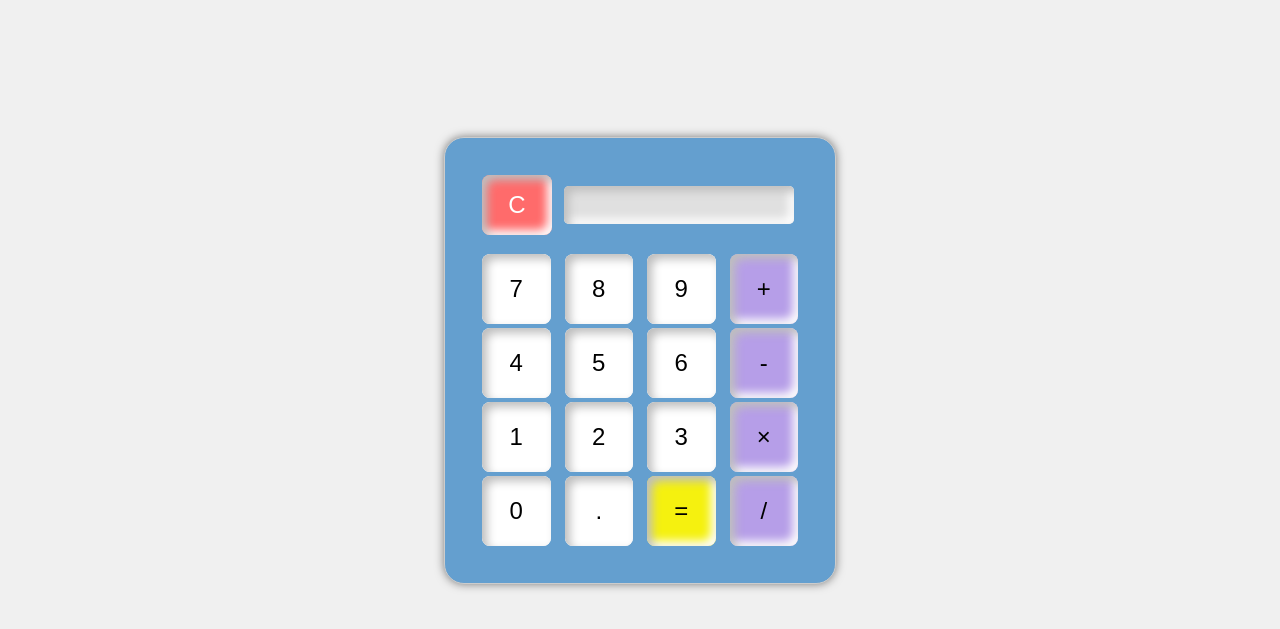
Repository: Burnmyheart/calculator
Page: index.html
The author's editor kept a copy of each file at every save. The page is drawn from the files as they stood at one save, then again after the next save.
The browser window is 1280 px wide. The pictures show the whole page.

Above is the page before, as saved 2025-04-29 00:13:19.

After the next save:
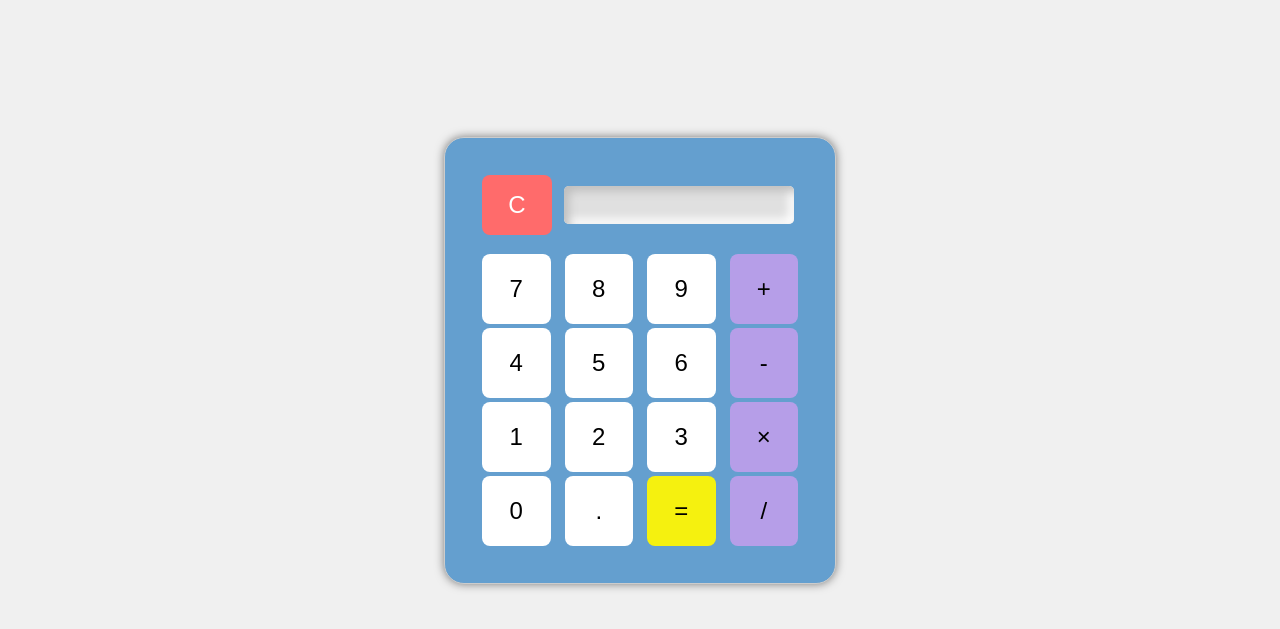
Saved 12 s later.
--- a/style.css
+++ b/style.css
@@ -56,7 +56,6 @@ button {
   font-size: 24px;
   cursor: pointer;
   transition: all 0.2s ease;
-  box-shadow: inset 5px 5px 10px #bebebe, inset -5px -5px 10px #ffffff;
 }
 button:hover {
   transform: scale(1.1);
